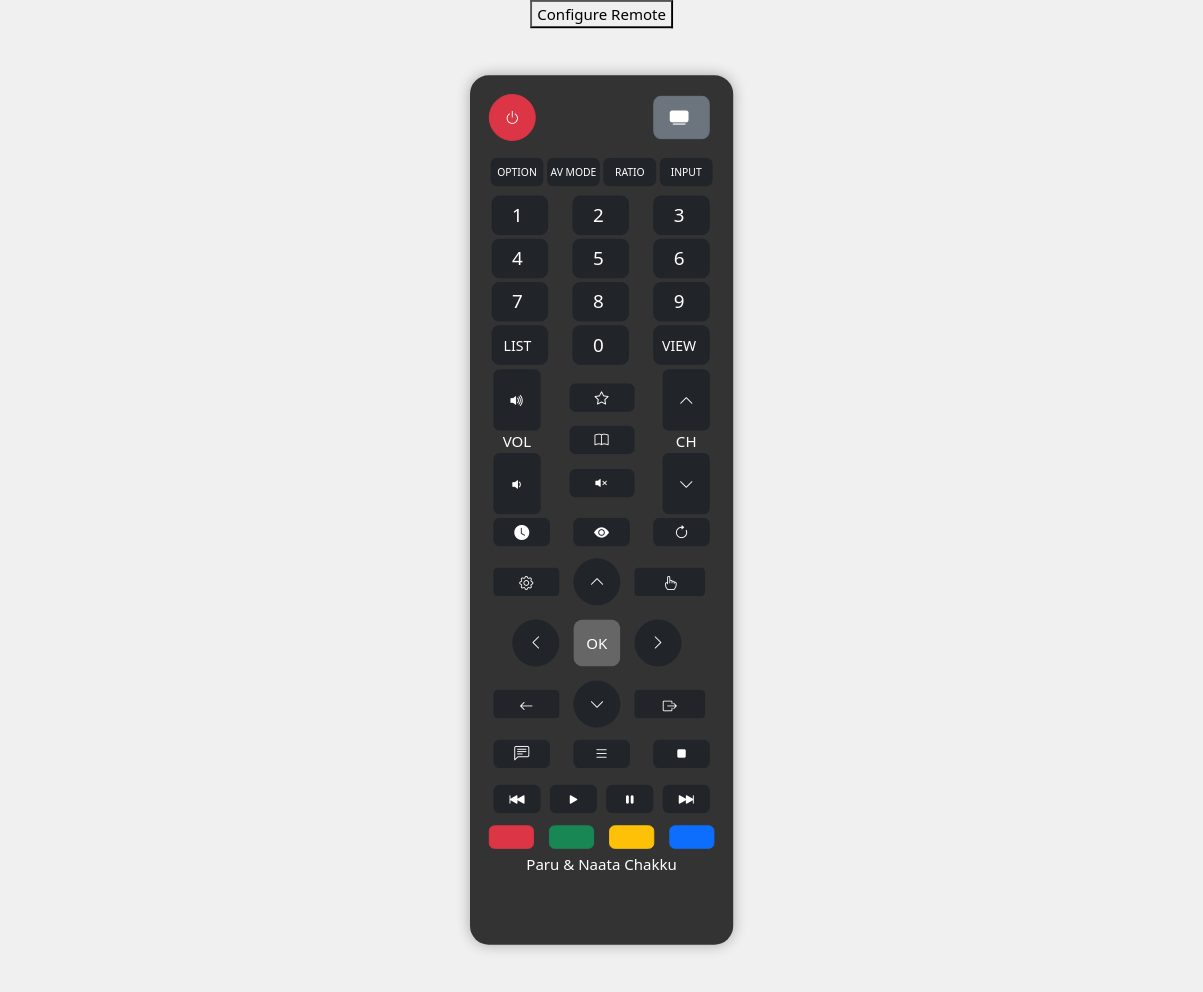
Repository: manumohan/custom-remote
Page: data/index.html
These files come from the project's save history. The page is drawn as it stood at one moment and after the next save; the edit follows.
The browser window is 1280 px wide. The pictures show the whole page, at 94% of full size.

Above is the page before, as saved 2024-09-08 12:57:55.

### data/index.html
<!DOCTYPE html>
<html lang="en">
<head>
  <meta charset="UTF-8">
  <meta name="viewport" content="width=device-width, initial-scale=1.0">
  <title>LG AKB74475401 Remote Control</title>
  <link href="https://cdn.jsdelivr.net/npm/bootstrap@5.3.0-alpha1/dist/css/bootstrap.min.css" rel="stylesheet">
  <link href="https://cdn.jsdelivr.net/npm/bootstrap-icons/font/bootstrap-icons.css" rel="stylesheet">
  <style>
    body {
      background-color: #f0f0f0;
      text-align: center;
    }

    .remote-control {
      display: flex;
      flex-direction: column;
      align-items: center;
      background-color: #333;
      padding: 20px;
      border-radius: 20px;
      width: 280px; /* Remote width */
      margin: 50px auto;
      box-shadow: 0 0 15px rgba(0, 0, 0, 0.3);
    }

    .btn-lg {
      padding: 5px 5px 5px 0px;
      width: 60px;
      margin: 2px 5px 2px 3px;
    }

    .fnt-15 {
      font-size: 15px;
    }

    .btn-sp4 {
      padding: 0px;
      width: 60px;
      margin: 2px 2px 0px 2px;
      font-size: 11px;
      height: 30px;
    }

    .btn-sp3 {
      padding: 0px 20px;
      width: 69px;
      margin: 10px 2px 0px 2px;
      font-size: 15px;
      height: 30px;
    }

    .btn-sp {
      padding: 0px;
      width: 60px; /* Number button width */
      margin: 5px;
      height: 30px;
    }

    .btn-vol {
      padding: 8px; /* Button padding */
      width: 70px; /* Number button width */
      margin: 3px;
    }

    .btn-nav {
      height: 30px;
      margin: 10px 0 0 0;
      font-size: 15px;
    }

    .btn-icon {
      font-size: 24px;
    }

    .btn-circle {
      border-radius: 50%;
      width: 50px; /* Circle button size */
      height: 50px;
      display: inline-flex;
      justify-content: center;
      align-items: center;
    }

    .nav-section {
      display: grid;
      grid-template-columns: 50px 50px 50px; /* Navigation button grid */
      grid-template-rows: 50px 50px 50px;
      justify-content: center;
      gap: 15px;
      margin-left: 25px;
    }

    .ml20 {
      margin-left: -20px;
    }

    .mr25 {
      margin-right: -25px;
    }

    .ch-vol-sp {
      color: white;
      padding: 5px;
    }

    .nav-section-vol {
      display: grid;
      justify-content: center;
    }

    .btn-ok {
      width: 50px; /* OK button size */
      height: 50px;
      border-radius: 10px;
      display: flex;
      justify-content: center;
      align-items: center;
      background-color: #666;
    }

    .color-buttons button {
      width: 20%;
      height: 25px; /* Color button height */
    }

    .btn-volume {
      width: 50px;
      margin: -5px 5px -5px 5px;
      height: 65px;
    }
  </style>
</head>
<body>
  <div>
    <button id="btnConfigure" title="Configure Remote">Configure Remote</button>
  </div>
  <div class="remote-control">
    <!-- Power and Input Buttons -->
    <div class="d-flex justify-content-between w-100 mb-3">
      <button class="btn btn-danger btn-circle" data-bs-toggle="tooltip" data-bs-placement="top" onclick="sendIR('power')" title="Power">
        <i class="bi bi-power"></i>
      </button>
      <button class="btn btn-secondary btn-lg" data-bs-toggle="tooltip" data-bs-placement="top" onclick="sendIR('tv')" title="TV">
        <i class="bi bi-tv-fill"></i>
      </button>
    </div>

    <div class="d-flex justify-content-between w-100 mb-2">
      <button class="btn btn-dark btn-sp4" onclick="sendIR('option')">OPTION</button>
      <button class="btn btn-dark btn-sp4" onclick="sendIR('avmode')">AV MODE</button>
      <button class="btn btn-dark btn-sp4" onclick="sendIR('ratio')">RATIO</button>
      <button class="btn btn-dark btn-sp4" onclick="sendIR('input')">INPUT</button>
    </div>

    <!-- Number Buttons -->
    <div class="d-flex flex-wrap justify-content-between mb-2">
      <button class="btn btn-dark btn-lg" onclick="sendIR('one')">1</button>
      <button class="btn btn-dark btn-lg" onclick="sendIR('two')">2</button>
      <button class="btn btn-dark btn-lg" onclick="sendIR('three')">3</button>
      <button class="btn btn-dark btn-lg" onclick="sendIR('four')">4</button>
      <button class="btn btn-dark btn-lg" onclick="sendIR('five')">5</button>
      <button class="btn btn-dark btn-lg" onclick="sendIR('six')">6</button>
      <button class="btn btn-dark btn-lg" onclick="sendIR('seven')">7</button>
      <button class="btn btn-dark btn-lg" onclick="sendIR('eight')">8</button>
      <button class="btn btn-dark btn-lg" onclick="sendIR('nine')">9</button>
      <button class="btn btn-dark btn-lg fnt-15" onclick="sendIR('list')">LIST</button>
      <button class="btn btn-dark btn-lg" onclick="sendIR('zero')">0</button>
      <button class="btn btn-dark btn-lg fnt-15" onclick="sendIR('view')">VIEW</button>
    </div>

    <!-- Navigation Section with Volume/Channel on sides -->
    <div class="d-flex justify-content-between w-100 mb-1">
      <div class="d-flex flex-column">
        <button class="btn btn-dark btn-volume" onclick="sendIR('vol_up')">
          <i class="bi bi-volume-up-fill"></i>
        </button>
        <span class="ch-vol-sp">VOL</span>
        <button class="btn btn-dark btn-volume" onclick="sendIR('vol_down')">
          <i class="bi bi-volume-down-fill"></i>
        </button>
      </div>

      <!-- Navigation Section Layout -->
      <div class="nav-section-vol">
        <div class="d-flex flex-wrap justify-content-center mb-2">
          <button class="btn btn-dark btn-sp3" data-bs-toggle="tooltip" data-bs-placement="top" title="Favorite" onclick="sendIR('fav')">
            <i class="bi bi-star"></i>
          </button>
          <button class="btn btn-dark btn-sp3" data-bs-toggle="tooltip" data-bs-placement="top" title="Guide" onclick="sendIR('guide')">
            <i class="bi bi-book"></i>
          </button>
          <button class="btn btn-dark btn-sp3" data-bs-toggle="tooltip" data-bs-placement="top" title="Mute" onclick="sendIR('mute')">
            <i class="bi bi-volume-mute-fill"></i>
          </button>
        </div>
      </div>

      <div class="d-flex flex-column">
        <button class="btn btn-dark btn-volume" onclick="sendIR('ch_up')">
          <i class="bi bi-chevron-up"></i>
        </button>
        <span class="ch-vol-sp">CH</span>
        <button class="btn btn-dark btn-volume" onclick="sendIR('ch_down')">
          <i class="bi bi-chevron-down"></i>
        </button>
      </div>
    </div>

    <div class="d-flex justify-content-between w-100 mb-2">
      <button class="btn btn-dark btn-sp" data-bs-toggle="tooltip" data-bs-placement="top" title="Time" onclick="sendIR('time')">
        <i class="bi bi-clock-fill"></i>
      </button>
      <button class="btn btn-dark btn-sp" data-bs-toggle="tooltip" data-bs-placement="top" title="Reveal" onclick="sendIR('reveal')">
        <i class="bi bi-eye-fill"></i>
      </button>
      <button class="btn btn-dark btn-sp" data-bs-toggle="tooltip" data-bs-placement="top" title="Update" onclick="sendIR('update')">
        <i class="bi bi-arrow-clockwise"></i>
      </button>
    </div>

    <!-- Navigation Section with Volume/Channel on sides -->
    <div class="d-flex justify-content-between w-100 mb-2">
      <!-- Navigation Section Layout -->
      <div class="nav-section">
        <button class="btn btn-dark btn-sm btn-nav ml20" data-bs-toggle="tooltip" data-bs-placement="top" title="Settings" onclick="sendIR('setting')">
          <i class="bi bi-gear"></i>
        </button><!-- Empty space in the grid -->
        <button class="btn btn-dark btn-circle" onclick="sendIR('nav_up')">
          <i class="bi bi-chevron-up"></i>
        </button>
        <button class="btn btn-dark btn-sm btn-nav mr25" data-bs-toggle="tooltip" data-bs-placement="top" title="Hold" onclick="sendIR('hold')">
          <i class="bi bi-hand-index"></i>
        </button><!-- Empty space in the grid -->
        <button class="btn btn-dark btn-circle" onclick="sendIR('nav_left')">
          <i class="bi bi-chevron-left"></i>
        </button>
        <button class="btn btn-ok text-white" onclick="sendIR('nav_ok')">OK</button>
        <button class="btn btn-dark btn-circle" onclick="sendIR('nav_right')">
          <i class="bi bi-chevron-right"></i>
        </button>
        <button class="btn btn-dark btn-sm btn-nav ml20" data-bs-toggle="tooltip" data-bs-placement="top" title="Back" onclick="sendIR('back')">
          <i class="bi bi-arrow-left"></i>
        </button><!-- Empty space in the grid -->
        <button class="btn btn-dark btn-circle" onclick="sendIR('nav_down')">
          <i class="bi bi-chevron-down"></i>
        </button>
        <button class="btn btn-dark btn-sm btn-nav mr25" data-bs-toggle="tooltip" data-bs-placement="top" title="Exit" onclick="sendIR('exit')">
          <i class="bi bi-box-arrow-right"></i>
        </button>
      </div>
    </div>

    <!-- Playback Buttons with Icons -->
    <div class="d-flex justify-content-between w-100 mb-2">
      <button class="btn btn-dark btn-sp" data-bs-toggle="tooltip" data-bs-placement="top" title="Text" onclick="sendIR('text')">
        <i class="bi bi-chat-left-text"></i>
      </button>
      <button class="btn btn-dark btn-sp" data-bs-toggle="tooltip" data-bs-placement="top" title="Index" onclick="sendIR('index')">
        <i class="bi bi-list"></i>
      </button>
      <button class="btn btn-dark btn-sp" data-bs-toggle="tooltip" data-bs-placement="top" title="Stop" onclick="sendIR('stop')">
        <i class="bi bi-stop-fill"></i>
      </button>
    </div>

    <!-- Playback Buttons with Icons -->
    <div class="d-flex justify-content-between w-100 mb-2">
      <button class="btn btn-dark btn-sp" onclick="sendIR('play_bk')">
        <i class="bi bi-skip-backward-fill"></i>
      </button>
      <button class="btn btn-dark btn-sp" onclick="sendIR('play')">
        <i class="bi bi-play-fill"></i>
      </button>
      <button class="btn btn-dark btn-sp" onclick="sendIR('pause')">
        <i class="bi bi-pause-fill"></i>
      </button>
      <button class="btn btn-dark btn-sp" onclick="sendIR('play_fwd')">
        <i class="bi bi-skip-forward-fill"></i>
      </button>
    </div>

    <!-- Color Buttons -->
    <div class="d-flex justify-content-between w-100 color-buttons">
      <button class="btn btn-danger" data-bs-toggle="tooltip" data-bs-placement="top" title="Red" onclick="sendIR('red')"></button>
      <button class="btn btn-success" data-bs-toggle="tooltip" data-bs-placement="top" title="Green" onclick="sendIR('green')"></button>
      <button class="btn btn-warning" data-bs-toggle="tooltip" data-bs-placement="top" title="Yellow" onclick="sendIR('yellow')"></button>
      <button class="btn btn-primary" data-bs-toggle="tooltip" data-bs-placement="top" title="Blue" onclick="sendIR('blue')"></button>
    </div>

    <div class="d-flex justify-content-center w-100 mb-5">
      <span class="ch-vol-sp">Paru & Naata Chakku</span>
    </div>
  </div>

  <script src="https://cdn.jsdelivr.net/npm/bootstrap@5.3.0-alpha1/dist/js/bootstrap.bundle.min.js"></script>
  <script>
    // Initialize tooltips
    var tooltipTriggerList = [].slice.call(document.querySelectorAll('[data-bs-toggle="tooltip"]'));
    var tooltipList = tooltipTriggerList.map(function (tooltipTriggerEl) {
      return new bootstrap.Tooltip(tooltipTriggerEl);
    });
  </script>
   <script>
    function sendIR(action) {
        fetch(`/send_ir?action=${action}`)
            .then(response => response.text())
            .catch(error => console.error('Error:', error));
    }
</script>
</body>
</html>

After the next save:
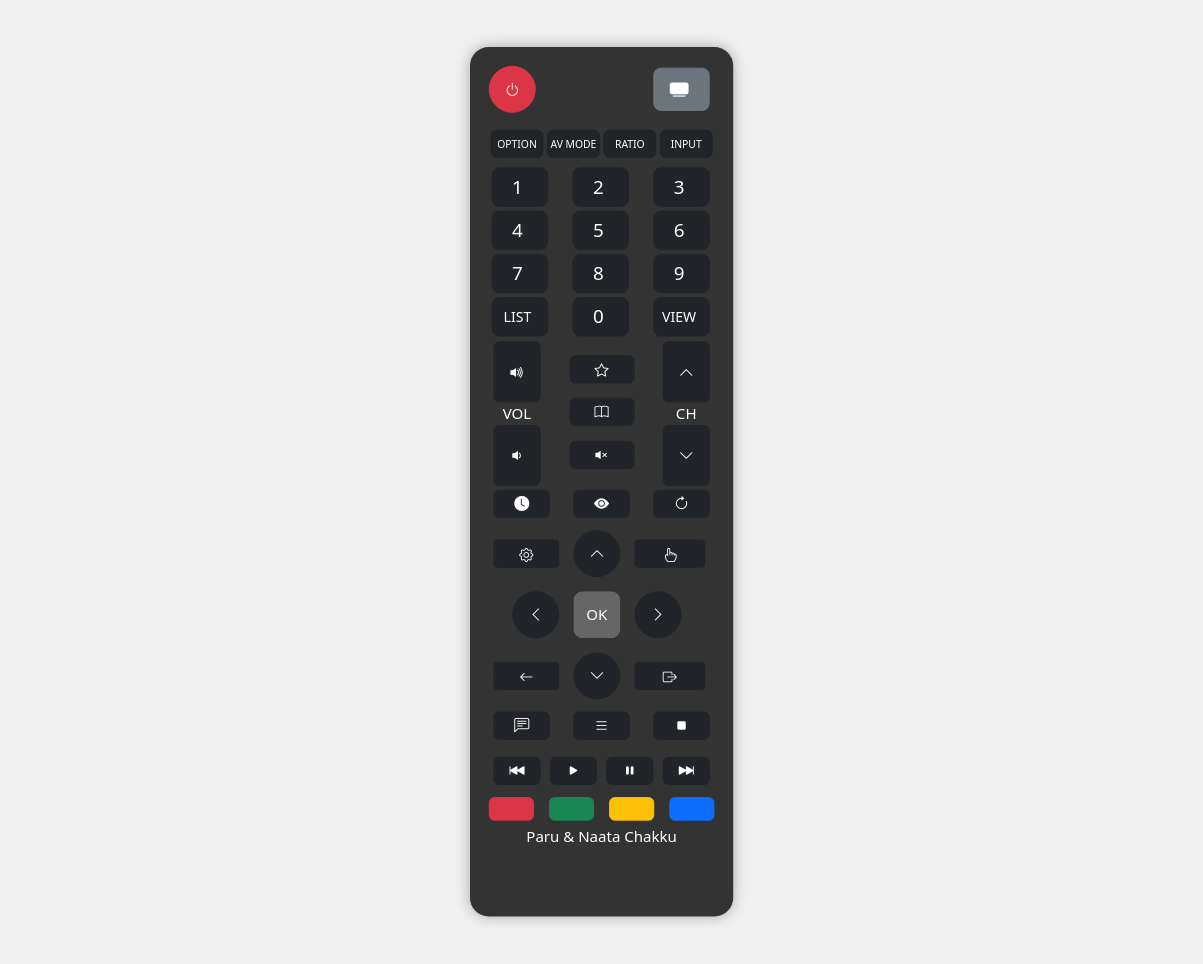
Saved 6 h 26 min later.
--- a/data/index.html
+++ b/data/index.html
@@ -132,9 +132,6 @@
   </style>
 </head>
 <body>
-  <div>
-    <button id="btnConfigure" title="Configure Remote">Configure Remote</button>
-  </div>
   <div class="remote-control">
     <!-- Power and Input Buttons -->
     <div class="d-flex justify-content-between w-100 mb-3">
